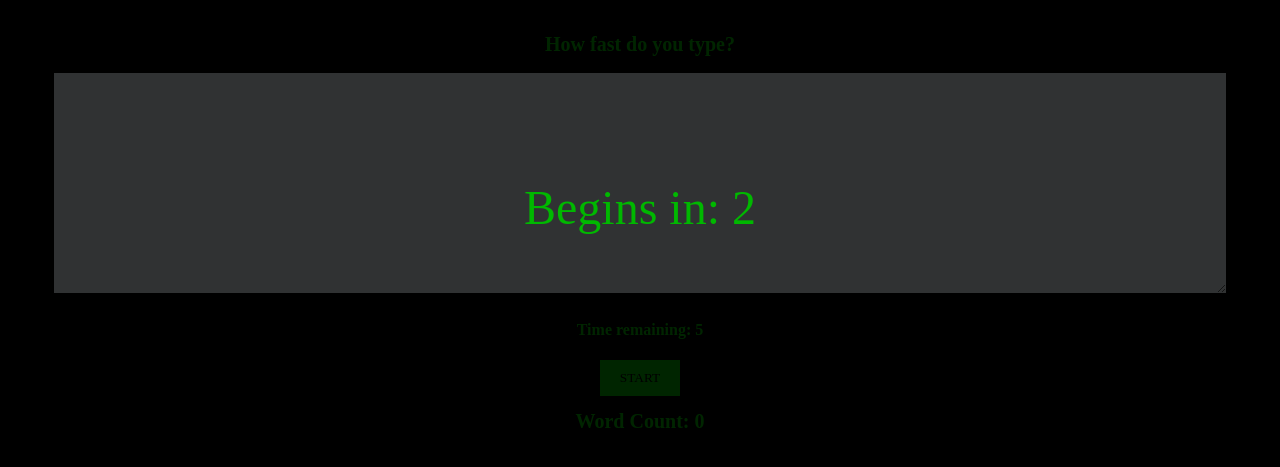
Repository: Lakshyyaa/Speed-Test
Page: /, after clicking the first element matching `button`
An editor plug-in stored every save of this project. The page is shown before and after the next save, followed by the edit.
The browser window is 1280 px wide. The pictures show the whole page.
The page's requests for data from a server got no answer. The project was rebuilt for these pictures with package versions that can differ from the ones it lists, and the page was loaded fresh each time. No one was signed in, and anything a server would have sent is missing. Also part of the build but not shown: src/Logic.js.

Above is the page before, as saved 2023-04-05 15:56:35.

### src/index.js
import React from 'react';
import ReactDOM from 'react-dom/client';
import App from './App';
import reportWebVitals from './reportWebVitals';
import styles from './styles.css'
const root = ReactDOM.createRoot(document.getElementById('root'));
root.render(
  //<React.StrictMode>
    <App />
  //</React.StrictMode>
);
reportWebVitals();

### src/App.js
// correct its css for speed tester
import React, { useState, useEffect, useRef, useContext } from "react";
import Logic from "./Logic";
function App(props) {
  const { handleChange, text, start, areaRef, time, handleStart, count } = Logic()
  const [timerText, setTimerText] = useState(5)
  const [words, setWords]=useState([])
  const countdowndiv = useRef(null)
  const maindiv = useRef(null)
  const countdown = () => {
    countdowndiv.current.style.display = 'block'
    maindiv.current.style.opacity = '0.2'
    timerLoop(5)
  }
  useEffect(() => {
    fetch('https://random-word-api.herokuapp.com/word?number=10')
      .then(x => x.json())
      .then(y => console.log(y))
  },[words])
  function timerLoop(i) {
    if (i > 0) {
      setTimerText(i)
      setTimeout(() => {
        i--
        timerLoop(i)
      }, 1000)
    }
    else if (i === 0) {
      handleStart();
      countdowndiv.current.style.display = 'none'
      maindiv.current.style.opacity = '1'
    }
  }
  return (
    <div>
      <div className="countdown" ref={countdowndiv}>
        Begins in: {timerText}
      </div>
      <div ref={maindiv}>
        <h1>How fast do you type?</h1>
        <textarea
          onChange={handleChange}
          value={text}
          disabled={!start}
          ref={areaRef}

        />
        <h4>Time remaining: {time}</h4>
        <button onClick={() => countdown()} disabled={start}>Start</button>
        {/* cant directly call the wordCount here like handleChange because event listener automatically passes the e */}
        <h1>Word Count: {count}</h1>
      </div>
    </div>
  )
}
export default App;

### src/styles.css
html,
body {
    background: black;
    color: #00b800;
    margin: 0;
    padding: 0;
    padding-top: 10px;
    text-align: center;
    font-family: 'Press Start 2P', cursive;
}

.countdown {
    z-index: 20;
    position: fixed;
    top: 25%;
    /* left: 50%; */
    /* transform: translate(-50%, -50%);  */
    font-size: 3rem;
    display: none;
    height: 100%;
    width: 100%;
}

body {
    font-weight: 400;
}

button {
    font-family: 'Press Start 2P', cursive;
    display: block;
    margin: 0 auto;
    border: none;
    background: #a80020;
    background: #00b800;
    padding: 10px 20px;
    text-transform: uppercase;
}

h1 {
    font-size: 20px;
}

textarea {
    font-family: 'Press Start 2P', cursive;
    border: 3px solid black;
    width: 90%;
    margin: 0 auto;
    outline: none;
    height: 200px;
    background: #00b800;
    padding: 10px;
}

button:disabled {
    background-color: aliceblue;
}

textarea:disabled {
    background-color: aliceblue;
}

Loaded but not shown: src/reportWebVitals.js (common file)

After the next save:
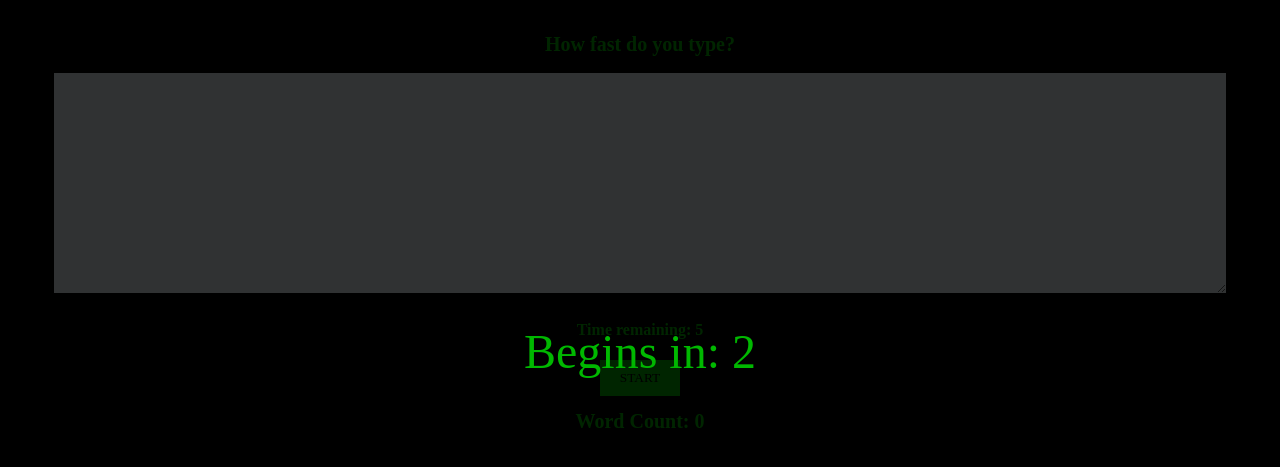
Saved 5 s later.
--- a/src/styles.css
+++ b/src/styles.css
@@ -12,7 +12,7 @@ body {
 .countdown {
     z-index: 20;
     position: fixed;
-    top: 25%;
+    top: 45%;
     /* left: 50%; */
     /* transform: translate(-50%, -50%);  */
     font-size: 3rem;
